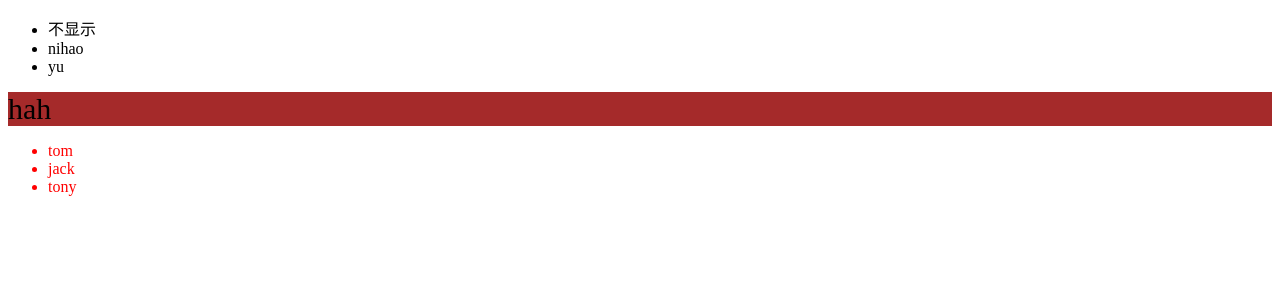
Repository: 404lcy/react-dome
Page: /
An editor plug-in stored every save of this project. The page is shown before and after the next save, followed by the edit.
The browser window is 1280 px wide. The pictures show the whole page.
The project was rebuilt for these pictures with package versions that can differ from the ones it lists, and the page was loaded fresh each time.

Above is the page before, as saved 2023-02-05 23:00:58.

After the next save:
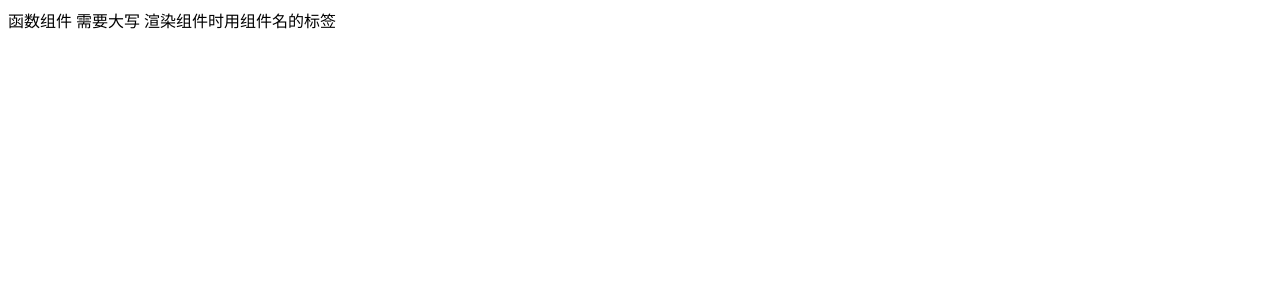
Saved 23 h 5 min later.
--- a/src/index.js
+++ b/src/index.js
@@ -1,32 +1,5 @@
 import ReactDom from 'react-dom'
-import "./base.css"
-const name = 'yu'
-const ha = (() => {
-    return 'nihao'
-})
-const isOK = true
-const render = () => {
-    if (isOK) {
-        return <div>不显示</div>
-    } else {
-        return <div>哈哈哈哈</div>
-    }
+const Element = () => {
+    return <div>函数组件 需要大写 渲染组件时用组件名的标签 </div>
 }
-const list = ['tom', 'jack', 'tony']
-const element = (
-    <div>
-        <ul className='li'>
-            <li>{render()}</li>
-            <li>{ha()}</li>
-            <li>{name}</li>
-        </ul>
-        <div className='list'>
-            hah
-        </div>
-        {/* jsx的注释 */}
-        {/* 列表渲染 */}
-        <ul style={{ color: 'red' }}>{list.map(item => <li key={item}>{item}</li>)}</ul>
-    </div>
-
-)
-ReactDom.render(element, document.getElementById('root'))
+ReactDom.render(<Element />, document.getElementById('root'))
